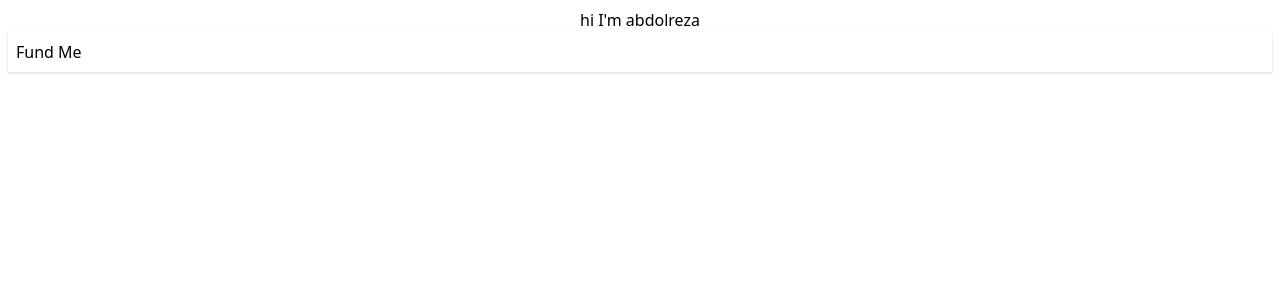
Repository: mavidev93/fund-me
Page: /
An editor plug-in stored every save of this project. The page is shown before and after the next save, followed by the edit.
The browser window is 1280 px wide. The pictures show the whole page.
The project was rebuilt for these pictures with package versions that can differ from the ones it lists, and the page was loaded fresh each time. Also part of the build but not shown: craco.config.js, src/App.css.

Above is the page before, as saved 2022-02-14 16:41:27.

After the next save:
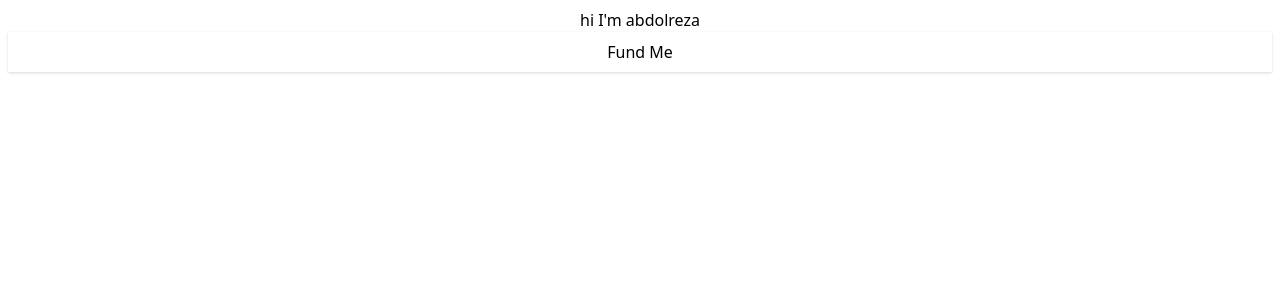
Saved 39 s later.
--- a/src/Components/FundmeInterface/FundMeInterface.tsx
+++ b/src/Components/FundmeInterface/FundMeInterface.tsx
@@ -13,7 +13,7 @@ function FundMeInterface() {
   //event handlers
 
   return (
-    <div className="flex shadow p-2 ">
+    <div className="flex-row shadow p-2 ">
       <h2 className="text-center">Fund Me </h2>
     </div>
   );
